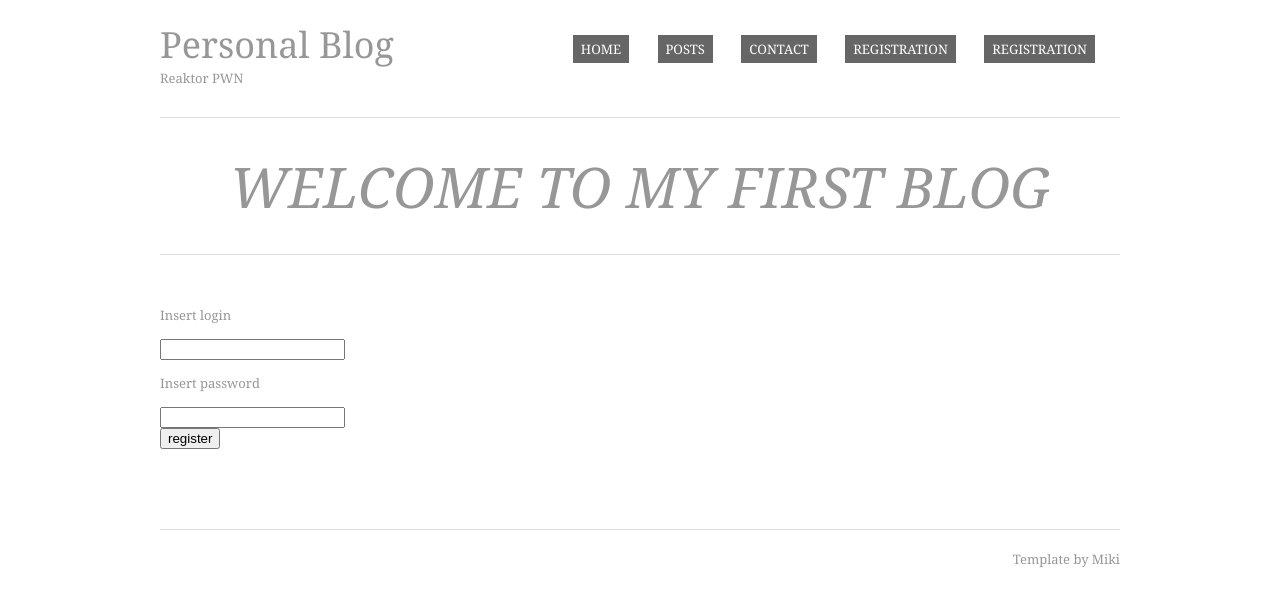
Repository: AnnaPolatynska/SpringCwiczenia
Page: http://localhost/registerForm
The author's editor kept a copy of each file at every save. The page is drawn from the files as they stood at one save, then again after the next save.
The browser window is 1280 px wide. The pictures show the whole page.
The page is this project's Thymeleaf template; nobody is signed in. The template is opened directly, without the code that normally fills it, so the values that code supplies are empty.

Above is the page before, as saved 2017-08-30 11:22:42.

After the next save:
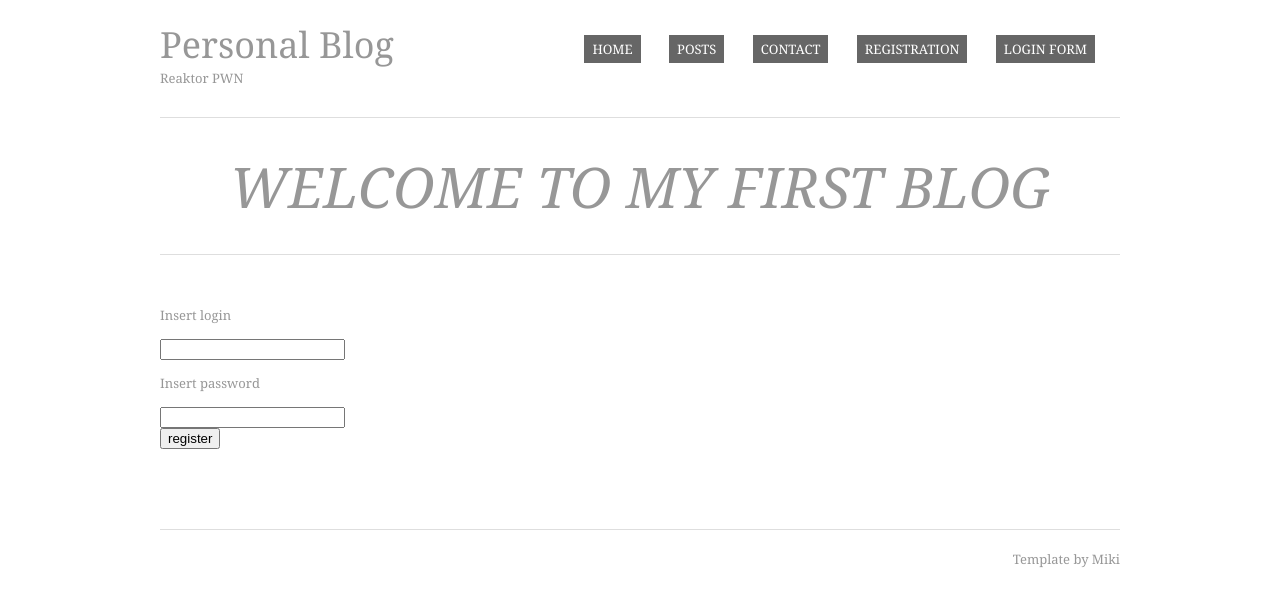
Saved 15 s later.
--- a/D-MVC-JAR/src/main/resources/templates/registerForm.html
+++ b/D-MVC-JAR/src/main/resources/templates/registerForm.html
@@ -18,7 +18,7 @@
         <li><a href="/blog">Posts</a></li>
         <li><a href="/contact">Contact</a></li>
         <li><a href="/registerForm">Registration</a></li>
-        <li><a href="/loginForm">Registration</a></li>
+        <li><a href="/loginForm">login form</a></li>
       </ul>
     </nav>
   </header>
